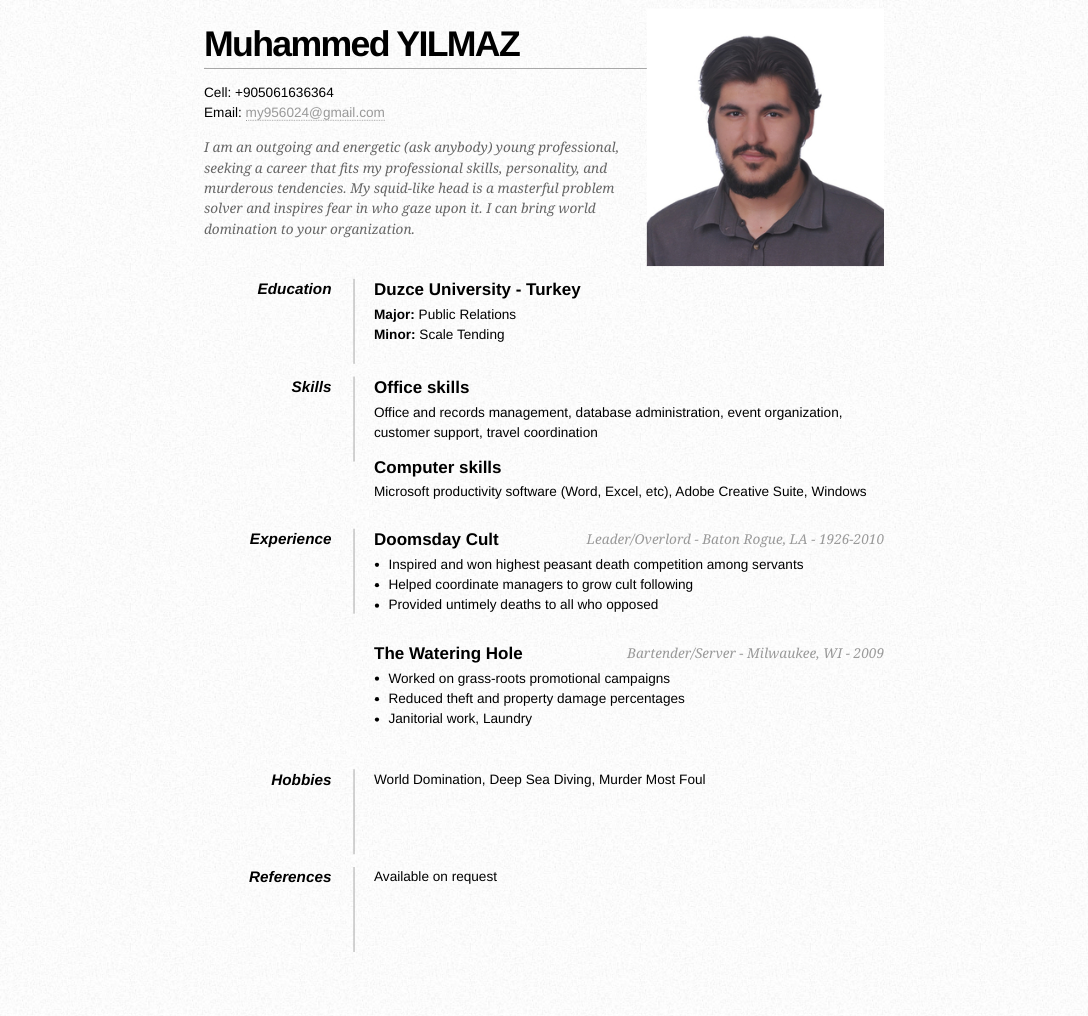
Repository: muhyilmaz/muhyilmaz.github.io
Page: index.html
An editor plug-in stored every save of this project. The page is shown before and after the next save, followed by the edit.
The browser window is 1280 px wide. The pictures show the whole page, at 85% of full size.

Above is the page before, as saved 2020-06-06 17:27:45.

### index.html
<!DOCTYPE html PUBLIC "-//W3C//DTD XHTML 1.0 Strict//EN"
"http://www.w3.org/TR/xhtml1/DTD/xhtml1-strict.dtd">

<html xmlns="http://www.w3.org/1999/xhtml" xml:lang="en" lang="en">

<head>
     <meta http-equiv="Content-Type" content="text/html; charset=utf-8"/>

     <title>One Page Resume</title>

     <style type="text/css">
        * { margin: 0; padding: 0; }
        body { font: 16px Helvetica, Sans-Serif; line-height: 24px; background: url(images/noise.jpg); }
        .clear { clear: both; }
        #page-wrap { width: 800px; margin: 40px auto 60px; }
        #pic { float: right; margin: -30px 0 0 0; }
        h1 { margin: 0 0 16px 0; padding: 0 0 16px 0; font-size: 42px; font-weight: bold; letter-spacing: -2px; border-bottom: 1px solid #999; }
        h2 { font-size: 20px; margin: 0 0 6px 0; position: relative; }
        h2 span { position: absolute; bottom: 0; right: 0; font-style: italic; font-family: Georgia, Serif; font-size: 16px; color: #999; font-weight: normal; }
        p { margin: 0 0 16px 0; }
        a { color: #999; text-decoration: none; border-bottom: 1px dotted #999; }
        a:hover { border-bottom-style: solid; color: black; }
        ul { margin: 0 0 32px 17px; }
        #objective { width: 500px; float: left; }
        #objective p { font-family: Georgia, Serif; font-style: italic; color: #666; }
        dt { font-style: italic; font-weight: bold; font-size: 18px; text-align: right; padding: 0 26px 0 0; width: 150px; float: left; height: 100px; border-right: 1px solid #999;  }
        dd { width: 600px; float: right; }
        dd.clear { float: none; margin: 0; height: 15px; }
     </style>
</head>

<body>

    <div id="page-wrap">

        <img src="images/profileres.jpg" alt="Photo of Cthulu" id="pic" />

        <div id="contact-info" class="vcard">

            <!-- Microformats! -->

            <h1 class="fn">Muhammed YILMAZ</h1>

            <p>
                Cell: <span class="tel">+905061636364</span><br />
                Email: <a class="email" href="mailto:my956024@gmail.com">my956024@gmail.com</a>
            </p>
        </div>

        <div id="objective">
            <p>
                I am an outgoing and energetic (ask anybody) young professional, seeking a
                career that fits my professional skills, personality, and murderous tendencies.
                My squid-like head is a masterful problem solver and inspires fear in who gaze upon it.
                I can bring world domination to your organization.
            </p>
        </div>

        <div class="clear"></div>

        <dl>
            <dd class="clear"></dd>

            <dt>Education</dt>
            <dd>
                <h2>Duzce University - Turkey</h2>
                <p><strong>Major:</strong> Public Relations<br />
                   <strong>Minor:</strong> Scale Tending</p>
            </dd>

            <dd class="clear"></dd>

            <dt>Skills</dt>
            <dd>
                <h2>Office skills</h2>
                <p>Office and records management, database administration, event organization, customer support, travel coordination</p>

                <h2>Computer skills</h2>
                <p>Microsoft productivity software (Word, Excel, etc), Adobe Creative Suite, Windows</p>
            </dd>

            <dd class="clear"></dd>

            <dt>Experience</dt>
            <dd>
                <h2>Doomsday Cult <span>Leader/Overlord - Baton Rogue, LA - 1926-2010</span></h2>
                <ul>
                    <li>Inspired and won highest peasant death competition among servants</li>
                    <li>Helped coordinate managers to grow cult following</li>
                    <li>Provided untimely deaths to all who opposed</li>
                </ul>

                <h2>The Watering Hole <span>Bartender/Server - Milwaukee, WI - 2009</span></h2>
                <ul>
                    <li>Worked on grass-roots promotional campaigns</li>
                    <li>Reduced theft and property damage percentages</li>
                    <li>Janitorial work, Laundry</li>
                </ul>
            </dd>

            <dd class="clear"></dd>

            <dt>Hobbies</dt>
            <dd>World Domination, Deep Sea Diving, Murder Most Foul</dd>

            <dd class="clear"></dd>

            <dt>References</dt>
            <dd>Available on request</dd>

            <dd class="clear"></dd>
        </dl>

        <div class="clear"></div>

    </div>

</body>

</html>

After the next save:
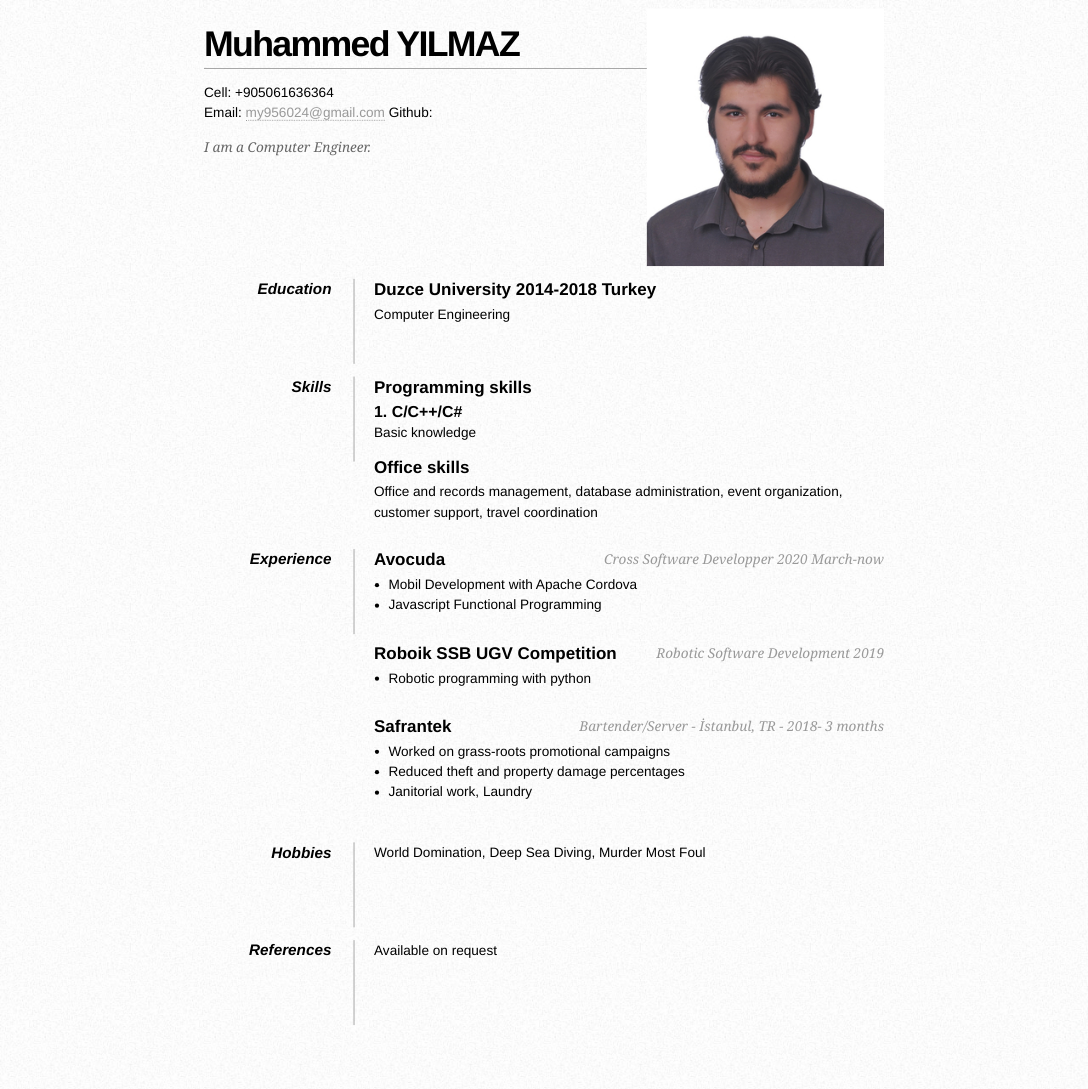
Saved 8 h 21 min later.
--- a/index.html
+++ b/index.html
@@ -6,7 +6,7 @@
 <head>
      <meta http-equiv="Content-Type" content="text/html; charset=utf-8"/>
 
-     <title>One Page Resume</title>
+     <title>MUHAMMED YILMAZ</title>
 
      <style type="text/css">
         * { margin: 0; padding: 0; }
@@ -44,15 +44,13 @@
             <p>
                 Cell: <span class="tel">+905061636364</span><br />
                 Email: <a class="email" href="mailto:my956024@gmail.com">my956024@gmail.com</a>
+                Github: <a href="github.com/muhyilmaz"></a>
             </p>
         </div>
 
         <div id="objective">
             <p>
-                I am an outgoing and energetic (ask anybody) young professional, seeking a
-                career that fits my professional skills, personality, and murderous tendencies.
-                My squid-like head is a masterful problem solver and inspires fear in who gaze upon it.
-                I can bring world domination to your organization.
+                I am a Computer Engineer.
             </p>
         </div>
 
@@ -63,34 +61,47 @@
 
             <dt>Education</dt>
             <dd>
-                <h2>Duzce University - Turkey</h2>
-                <p><strong>Major:</strong> Public Relations<br />
-                   <strong>Minor:</strong> Scale Tending</p>
+                <h2>Duzce University 2014-2018 Turkey</h2>
+                <p> Computer Engineering </br>
+
+				</p>
             </dd>
 
             <dd class="clear"></dd>
 
             <dt>Skills</dt>
             <dd>
-                <h2>Office skills</h2>
+                <!---
+				<h2>Office skills</h2>
                 <p>Office and records management, database administration, event organization, customer support, travel coordination</p>
 
                 <h2>Computer skills</h2>
                 <p>Microsoft productivity software (Word, Excel, etc), Adobe Creative Suite, Windows</p>
-            </dd>
+				-->
+				<h2>Programming skills</h2>
+				<h3>1. C/C++/C# </h3>
+                <p>Basic knowledge </p>
+
+				<h2>Office skills</h2>
+                <p>Office and records management, database administration, event organization, customer support, travel coordination</p>
+			</dd>
 
             <dd class="clear"></dd>
 
             <dt>Experience</dt>
             <dd>
-                <h2>Doomsday Cult <span>Leader/Overlord - Baton Rogue, LA - 1926-2010</span></h2>
+                <h2>Avocuda <span>Cross Software Developper 2020 March-now</span></h2>
                 <ul>
-                    <li>Inspired and won highest peasant death competition among servants</li>
-                    <li>Helped coordinate managers to grow cult following</li>
-                    <li>Provided untimely deaths to all who opposed</li>
+                    <li> Mobil Development with Apache Cordova</li>
+					<li> Javascript Functional Programming</li>
+
                 </ul>
+                <h2>Roboik SSB UGV Competition <span>Robotic Software Development 2019</span></h2>
+                <ul>
+                    <li>Robotic programming with python</li>
 
-                <h2>The Watering Hole <span>Bartender/Server - Milwaukee, WI - 2009</span></h2>
+                </ul>
+                <h2>Safrantek <span>Bartender/Server - İstanbul, TR - 2018- 3 months</span></h2>
                 <ul>
                     <li>Worked on grass-roots promotional campaigns</li>
                     <li>Reduced theft and property damage percentages</li>
